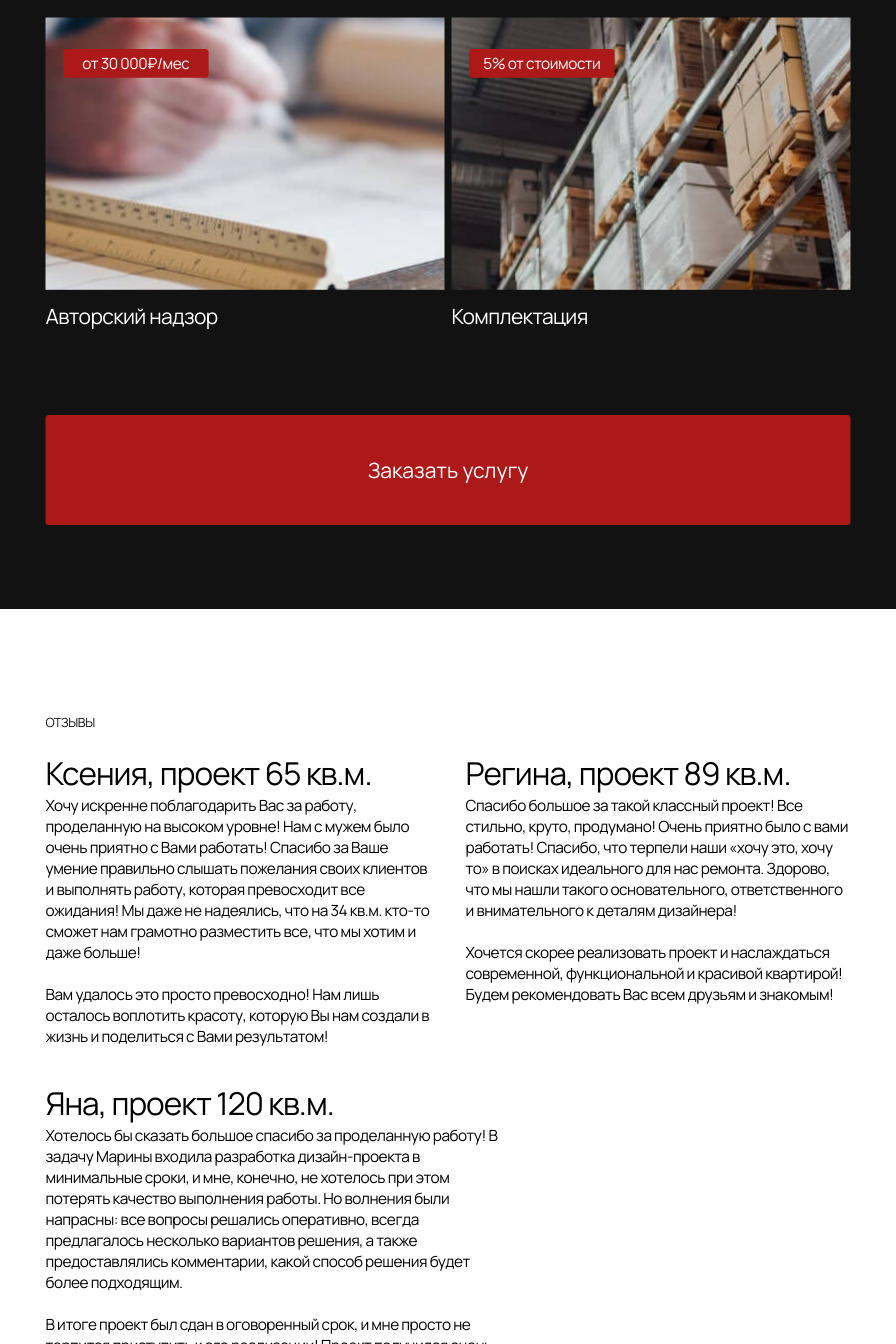
Repository: Huseynov98/metrica
Page: index.html
An editor plug-in stored every save of this project. The page is shown before and after the next save, followed by the edit.
The browser window is 1280 px wide. The pictures show the part of the page from y = 4580 to 6500 px (the page is 8131 px tall before and 8281 px after), at 70% of full size.

Above is the page before, as saved 2023-06-07 15:10:38.

### index.html
<!DOCTYPE html>
<html lang="en">

<head>
    <meta charset="UTF-8" />
    <meta http-equiv="X-UA-Compatible" content="IE=edge" />
    <meta name="viewport" content="width=device-width, initial-scale=1.0" />
    <link rel="stylesheet" href="./CSS/reset.css" />
    <link rel="shortcut icon" href="./resources/metrika.png" type="image/x-icon" />
    <link rel="preconnect" href="https://fonts.googleapis.com" />
    <link rel="preconnect" href="https://fonts.gstatic.com" crossorigin />
    <link href="https://fonts.googleapis.com/css2?family=Manrope&display=swap" rel="stylesheet" />
    <link rel="stylesheet" href="./CSS/style.css" />
    <title>METRIKA</title>
</head>

<body>
    <header id="header" class="header">
        <div class="header__container">
            <a class="header__logo">
                <img src="./resources/Метрика (1).svg" alt="logo">
            </a>
            <div class="nav">
                <ul class="header__menu">
                    <li>
                        <a class="nav__link" href="#about">О НАС</a>
                    </li>
                    <li>
                        <a class="nav__link" href="#project">ПРОЕКТЫ </a>
                    </li>
                    <li>
                        <a class="nav__link" href="#service">УСЛУГИ</a>
                    </li>
                    <li>
                        <a class="nav__link" href="#contacts">КОНТАКТЫ</a>
                    </li>
                </ul>
            </div>
            <div class="js__burger__btn burger__btn">
                <a>
                    <img src="./resources/burger menu.png" alt="">
                </a>
            </div>
    </header>

    <div class="js__burger burger">
        <div class=" burger__container">
            <a class="burger__close">
                <img src="./resources/burger__close.png" alt="">
            </a>
            <img class="burger__logo" src="./resources/Метрика (1).svg" alt="logo">
            <ul class="nav__link">
                <li>
                    <a class="nav__link" href="#about">О НАС</a>
                </li>
                <li>
                    <a class="nav__link" href="#project">ПРОЕКТЫ </a>
                </li>
                <li>
                    <a class="nav__link" href="#service">УСЛУГИ</a>
                </li>
                <li>
                    <a class="nav__link" href="#contacts">КОНТАКТЫ</a>
                </li>
            </ul>
            <div class="burger__contact js__burger__content">
                <p class="burger__contact__subtitle">
                    для связи:
                </p>
                <a class="burger__phone" href="tel:+79358954535">+7 935 895-45-35</a>
                <a a class="burger__mail" href="mailto:hello@mail.com">hello@mail.com</a>
            </div>
        </div>
    </div>



    <main class="main">
        <section class="first_section">
            <div class="container">
                <div class="title__text">
                    <h1>Современные и стильные интерьеры для комфортной жизни</h1>
                </div>

                <div class="intro">
                    <p class="intro__text">
                        Мы - команда квалифицированных дизайнеров и архитекторов, занимающихся разработкой и реализацией дизайн-проектов
                    </p>
                </div>

                <div id="about">
                    <h2>О НАС</h2>
                </div>

                <p class="description">
                    Студия основана в 2011 году. Полностью отдаемся проектированию и реализации интерьеров. К нам обращаются за уютом, индивидуальными решениями и практичностью. Находим конструктивные решения для каждого интерьера, вплоть до каждой детали — нацелены на результат.
                </p>

                <a class="btn" href="#service"> Посмотреть услуги </a>
            </div>
        </section>

        <section id="project" class="project_section">
            <div class="container">
                <h2>ПРОЕКТЫ</h2>

                <div class="projects">
                    <div class="project">
                        <img class="project__image" src="./resources/brownsofa.jpg" alt="project image" />

                        <h3>ЖК ПРАВОБЕРЕЖНЫЙ — 112 м² — 2023</h3>

                        <a style="margin-bottom: 15px" class="project__link" href="">
                Подробнее →
              </a>
                    </div>

                    <div class="project">
                        <img class="project__image" src="./resources/norwegian park.png" alt="project image" />

                        <h3>ЖК НОРВЕЖСКИЙ ПАРК — 75 М² — 2023</h3>

                        <a class="project__link" href=""> Подробнее → </a>
                    </div>

                    <div class="project">
                        <img class="project__image" src="./resources/SOSNOVSKIE LAKES.jpg" alt="project image" />

                        <h3>ЖК СОСНОВСКИЕ ОЗЕРА — 94 М² — 2022</h3>

                        <a class="project__link" href=""> Подробнее → </a>
                    </div>
                    <a class="see_projeck" href=""> Смотреть все проекты </a>

                </div>
            </div>
        </section>

        <section id="service" class="service_section">
            <div class="container">
                <div class="service_title">
                    <h2>УСЛУГИ</h2>
                </div>
                <ul class="services">
                    <li class="service">
                        <picture>
                            <source media="(max-width: 1199px)" srcset="./resources/pencil-tablet.png">
                            <source media="(max-width: 767px)" srcset="./resources/pencil-mobile.png">
                            <img class="service__image" src="./resources/pencil.jpg" alt="This picture shows a pencil and a sheet of blueprint." />
                        </picture>
                        <div class="service__price">от 2500₽/м²</div>
                        <h3>Планировочное решение</h3>
                    </li>

                    <li class="service">
                        <picture>
                            <source media="(max-width: 1199px)" srcset="./resources/color-tablet.png">
                            <source media="(max-width: 767px)" srcset="./resources/color-mobile.png">
                            <img class="service__image" src="./resources/color-tablet.png" alt="This picture shows a palette of colors for design projects." />
                        </picture>
                        <div class="service__price">от 3000₽/м²</div>

                        <h3>Дизайн-проект</h3>
                    </li>

                    <li class="service">
                        <picture>
                            <source media="(max-width: 1199px)" srcset="./resources/pen and book-tablet.png">
                            <source media="(max-width: 767px)" srcset="./resources/pen and book-mobile.png">
                            <img class="service__image" src="./resources/pen and book.jpg" alt="This picture shows how drawings are drawn for a project plan." />
                        </picture>
                        <div style="width: 208px" class="service__price">
                            от 30 000₽/мес
                        </div>
                        <h3>Авторский надзор</h3>
                    </li>

                    <li class="service">
                        <picture>
                            <source media="(max-width: 1199px)" srcset="./resources/stock-tablet.png">
                            <source media="(max-width: 767px)" srcset="./resources/stock-tablet.png">
                            <img class="service__image" src="./resources/stock image.jpg" alt="This picture shows a warehouse with goods." />
                        </picture>
                        <div style="width: 208px" class="service__price">
                            5% от стоимости
                        </div>
                        <h3>Комплектация</h3>
                    </li>
                </ul>

                <!-- <label class="service__btn" for="modal"> Заказать услугу </label> -->
                <button class="service__btn js__btn"> Заказать услугу </button>
            </div>
        </section>

        <div class="popup__wrapper js__popup">
            <div class="popup__container js-popup__content">
                <form class="popup">
                    <button type="button" class="popup__close js-popup__close-btn">X</button>
                    <p class="popup__title">
                        Заказать услугу
                    </p>
                    <p class="popup__subtitle">
                        Заполните форму, мы свяжемся с вами в течение суток
                    </p>
                    <input name="name" type="text" placeholder="Имя">
                    <input name="email" type="email" placeholder="Электронная почта">
                    <input name="phone" type="tel" placeholder="Номер телефона">
                    <button type="submit" class="popup__btn js-popup__close-btn">
                  Отправить
                </button>
                </form>
            </div>
        </div>
        <section class="review__section">
            <div class="container">
                <div class="review">
                    <h2>ОТЗЫВЫ</h2>

                    <div class="review__block">
                        <div class="review__title">
                            Ксения, проект 65 кв.м.

                            <div class="review__text">
                                Хочу искренне поблагодарить Вас за работу, проделанную на высоком уровне! Нам с мужем было очень приятно с Вами работать! Спасибо за Ваше умение правильно слышать пожелания своих клиентов и выполнять работу, которая превосходит все ожидания! Мы даже не
                                надеялись, что на 34 кв.м. кто-то сможет нам грамотно разместить все, что мы хотим и даже больше!
                                <br />
                                <br /> Вам удалось это просто превосходно! Нам лишь осталось воплотить красоту, которую Вы нам создали в жизнь и поделиться с Вами результатом!
                            </div>
                        </div>
                        <div class="review__title">
                            Регина, проект 89 кв.м.

                            <div class="review__text">
                                Спасибо большое за такой классный проект! Все стильно, круто, продумано! Очень приятно было с вами работать! Спасибо, что терпели наши «хочу это, хочу то» в поисках идеального для нас ремонта. Здорово, что мы нашли такого основательного, ответственного
                                и внимательного к деталям дизайнера!

                                <br />
                                <br /> Хочется скорее реализовать проект и наслаждаться современной, функциональной и красивой квартирой! Будем рекомендовать Вас всем друзьям и знакомым!
                            </div>
                        </div>
                        <div class="review__big">
                            <div class="review__big__title">
                                Яна, проект 120 кв.м.

                                <div class="review__big__text">
                                    Хотелось бы сказать большое спасибо за проделанную работу! В задачу Марины входила разработка дизайн-проекта в минимальные сроки, и мне, конечно, не хотелось при этом потерять качество выполнения работы. Но волнения были напрасны: все вопросы решались
                                    оперативно, всегда предлагалось несколько вариантов решения, а также предоставлялись комментарии, какой способ решения будет более подходящим.
                                    <br />
                                    <br /> В итоге проект был сдан в оговоренный срок, и мне просто не терпится приступить к его реализации! Проект получился очень стильным и современным! Буду рекомендовать Вас тем, кому еще предстоит это непростое дело
                                    - ремонт!
                                </div>
                            </div>
                        </div>
                    </div>
                </div>
            </div>
        </section>

        <section class="gallery__section">
            <div class="gallery">

                <div class="gallery__container">
                    <p class="gallery__title">ГАЛЕРЕЯ ПРОЕКТОВ</p>
                    <div class="gallery__controls">
                        <button class="gallery__control-prev" type="button"></button>
                        <button class="gallery__control-next" type="button"></button>
                    </div>
                </div>
                <div class="gallery__slides">
                    <div class="gallery__slide gallery__slide_active">
                        <img class="gallery__image" src="./resources/slide_image-bed.png" alt="">
                        <img src="" alt="">
                        <div class="gallery__description">
                            <p class="gallery__description__text">
                                Проект Двухкомнтаной квартиры в ЖК Лесной Пейзаж
                            </p>
                        </div>
                    </div>
                    <div class="gallery__slide">
                        <img class="gallery__image" src="./resources/slide_image-yellow sofa.png" alt="">
                        <div class="gallery__description">
                            <p class="gallery__text">Проект гостиной в ЖК Маяк</p>
                        </div>
                    </div>
                    <div class="gallery__slide">
                        <img class="gallery__image" src="./resources/slide_image-interior.png" alt="">
                        <div class="gallery__description">
                            <p class="gallery__text">
                                Визуализация кухни-гостиной в частном доме
                            </p>
                        </div>
                    </div>
                    <div class="gallery__slide">
                        <img class="gallery__image" src="./resources/slide_image-kitchen.png" alt="">
                        <div class="gallery__description">
                            <p class="gallery__text">
                                Проект кухни в скандинавском стиле для ЖК Северный Ветер
                            </p>
                        </div>
                    </div>
                </div>

            </div>

        </section>

        <section id="contacts" class="contacts__section">
            <div class="container">
                <div class="contact">КОНТАКТЫ</div>

                <div class="contact__block">
                    <a class="contacts__phone" href="tel:+79358954535">+7 935 895-45-35</a>
                    <a class="contacts__mail" href="https://t.me/Noel_Noa">Telegram</a>
                </div>
        </section>
    </main>

    <footer class="footer">
        <ul class="footer__nav">
            <li>
                <a class="footer__nav__link" href="#about">О НАС</a>
            </li>
            <li>
                <a class="footer__nav__link" href="#project">ПРОЕКТЫ </a>
            </li>
            <li>
                <a class="footer__nav__link" href="#service">УСЛУГИ</a>
            </li>
            <li>
                <a class="footer__nav__link" href="#contacts">КОНТАКТЫ</a>
            </li>
        </ul>


        <p>
            студия дизайна интерьера Метрика — 2023
        </p>





    </footer>
    <!-- <script src="./JS/burger_menu.js"></script> -->
    <script src="./JS/burger.js"></script>
    <script src="./JS/gallery.js"></script>
    <script src="./JS/popup.js"></script>
</body>

</html>

### CSS/reset.css
/* http://meyerweb.com/eric/tools/css/reset/
   v2.0 | 20110126
   License: none (public domain)
*/

html, body, div, span, applet, object, iframe,
h1, h2, h3, h4, h5, h6, p, blockquote, pre,
a, abbr, acronym, address, big, cite, code,
del, dfn, em, img, ins, kbd, q, s, samp,
small, strike, strong, sub, sup, tt, var,
b, u, i, center,
dl, dt, dd, ol, ul, li,
fieldset, form, label, legend,
table, caption, tbody, tfoot, thead, tr, th, td,
article, aside, canvas, details, embed,
figure, figcaption, footer, header, hgroup,
menu, nav, output, ruby, section, summary,
time, mark, audio, video {
    box-sizing: border-box;
    margin: 0;
    padding: 0;
    border: 0;
    font-size: 100%;
    font: inherit;
    vertical-align: baseline;
}

/* HTML5 display-role reset for older browsers */
article, aside, details, figcaption, figure,
footer, header, hgroup, menu, nav, section {
    display: block;
}

body {
    line-height: 1;
}

ol, ul {
    list-style: none;
}

blockquote, q {
    quotes: none;
}

blockquote:before, blockquote:after,
q:before, q:after {
    content: '';
    content: none;
}

table {
    border-collapse: collapse;
    border-spacing: 0;
}

### CSS/style.css
@import'../CSS/footer.css';
@import'../CSS/header.css';
@import'../CSS/project.css';
@import'../CSS/contact.css';
@import'../CSS/gallery.css';
@import'../CSS/service.css';
@import'../CSS/intro.css';
@import'../CSS/review.css';
@import'../CSS/popup.css';
body {
    margin: 0 auto;
    font-family: 'Manrope', sans-serif;
    font-style: normal;
    font-weight: 400;
    letter-spacing: -0.03em;
    background: #fff;
    /* height: 7211px; */
    overflow-x: hidden !important;
    width: 100%;
}

h1,
h2,
h3,
a,
p,
div {
    letter-spacing: -0.03em;
}

h1 {
    line-height: 60px;
    font-size: 60px;
    text-align: left;
}

h2 {
    line-height: 25px;
    font-size: 18px;
    text-transform: uppercase;
    text-align: left;
    padding-bottom: 30px;
}

h3 {
    margin-top: 15px;
    font-size: 30px;
    line-height: 41px;
    text-transform: uppercase;
    margin-bottom: 15px;
}

h1,
h2,
h3 {
    color: #121212;
}

a:focus {
    outline: 0;
}

.container {
    margin: 0 auto;
    width: 1150px;
}

::-webkit-scrollbar {
    width: 0;
}

@media (max-width: 1199px) {
    .container {
        width: 100%;
        padding-left: 17px;
        padding-right: 15px;
    }
    * {
        -webkit-tap-highlight-color: transparent;
    }
}

@media (max-width: 767px) {
    .container {
        width: 100%;
        padding-left: 13px;
        padding-right: 12px;
    }
    * {
        -webkit-tap-highlight-color: transparent;
    }
}

section {
    margin: 0 auto;
    padding-bottom: 150px;
}

@media (max-width: 1199px) {
    section {
        padding-bottom: 120px;
    }
}

@media (max-width: 767px) {
    section {
        padding-bottom: 80px;
    }
}

### CSS/footer.css
footer {
    margin: 0 auto;
    width: 100%;
    padding: 60px 0 30px 0;
    width: 100%;
    background-color: #121212;
    text-align: center;

}

.footer p {
    opacity: 0.5;
    color: #fff;
    font-size: 20px;
    line-height: 27px;
    font-weight: 400;

}


.footer__nav {
    justify-content: center;
    display: flex;
    align-items: center;
    margin: 0 auto;
    gap: 55px;
    color: #fff;
    padding-bottom: 87px;

}

.footer__nav__link {
    font-weight: 400;
    font-size: 18px;
    line-height: 25px;
    text-align: left;
    text-decoration: none;
    color: #fff;
}

.footer__nav__link:hover {
    opacity: 0.5;
    /* text-decoration: underline; */
    border-bottom: 1px solid rgb(0, 0, 0, 0.5);
}

@media (max-width: 1199px) {
    footer {
        width: 100%;
    }

    .footer p {
        width: 100%;
    }

    .footer__nav {
        width: 100%;
    }

    .footer__nav__link {
        width: 100%;
    }
}

@media (max-width: 767px) {
    footer {
        width: 100%;
        padding-top: 30px;
        padding-bottom: 26px;
    }

    .footer p {
        width: 100%;
        font-size: 13px;
        line-height: 18px;
    }

    .footer__nav {
        width: 100%;
        padding-bottom: 41px;
        gap: 30px;
    }

    .footer__nav__link {
        width: 100%;
        font-size: 12px;
        line-height: 16px;
    }

}

### CSS/contact.css
.contacts__section {
    width: 100%;
    /* padding-top: 150px; */
    /* padding-bottom: 150px; */
}

.contact {
    width: 100%;
    padding-bottom: 32px;
    font-weight: 400;
    font-size: 18px;
    line-height: 25px;
    padding-bottom: 25px;
}

.contact__block {
    width: 75%;
    display: flex;
    flex-direction: row;
    /* column-gap: 108px; */
    justify-content: space-between;
}

.contacts__phone {
    color: #121212;
    height: 60px;
    font-size: 60px;
    line-height: 60px;
    text-decoration: none;
    background: url("../resources/icon_phone.png") no-repeat;
    padding-top: 30px;
}

.contacts__mail {
    color: #121212;
    font-size: 60px;
    height: 105px;
    line-height: 60px;
    text-decoration: none;
    border-bottom: 2px solid rgb(0, 0, 0, 0.5);
    padding-top: 30px;
    background: url("../resources/icon-telegram.png") no-repeat;
}

.contacts__mail:hover {
    color: #121212;
    text-decoration: none;
    border-bottom: 2px solid rgb(0, 0, 0, 0.5);
    cursor: pointer;
    opacity: 0.5;
}

@media (max-width: 1199px) {
    .contacts__section {
        /* padding-top: 120px; */
        padding-bottom: 80px;
    }
    .contact {
        font-size: 18px;
        line-height: 25px;
    }
    .contact__block {
        width: 100%;
        /* column-gap: 100px; */
    }
    .contacts__phone {
        width: 100%;
        font-size: 45px;
    }
    .contacts__mail {
        width: 100%;
        font-size: 45px;
        border-bottom: none;
    }
    .contacts__mail:hover {
        border-bottom: 0;
    }
}

@media (max-width: 767px) {
    .contacts__section {
        /* padding: 80px 0px; */
    }
    .contact {
        width: 100%;
        font-size: 14px;
        line-height: 19px;
    }
    .contact__block {
        flex-direction: column;
        row-gap: 58px;
    }
    .contacts__phone {
        width: 100%;
        height: 100%;
        font-size: 35px;
        line-height: 46px;
    }
    .contacts__mail {
        width: 100%;
        font-size: 35px;
        line-height: 46px;
        border-bottom: none;
    }
    .contacts__mail:hover {
        border-bottom: 0;
    }
}

Loaded but not shown: JS/gallery.js (37 lines, source omitted); JS/burger.js (24 lines, source omitted); JS/popup.js (24 lines, source omitted); CSS/header.css (291 lines, source omitted); CSS/gallery.css (216 lines, source omitted); CSS/service.css (170 lines, source omitted); CSS/intro.css (147 lines, source omitted); CSS/popup.css (142 lines, source omitted); CSS/project.css (136 lines, source omitted); CSS/review.css (138 lines, source omitted)

After the next save:
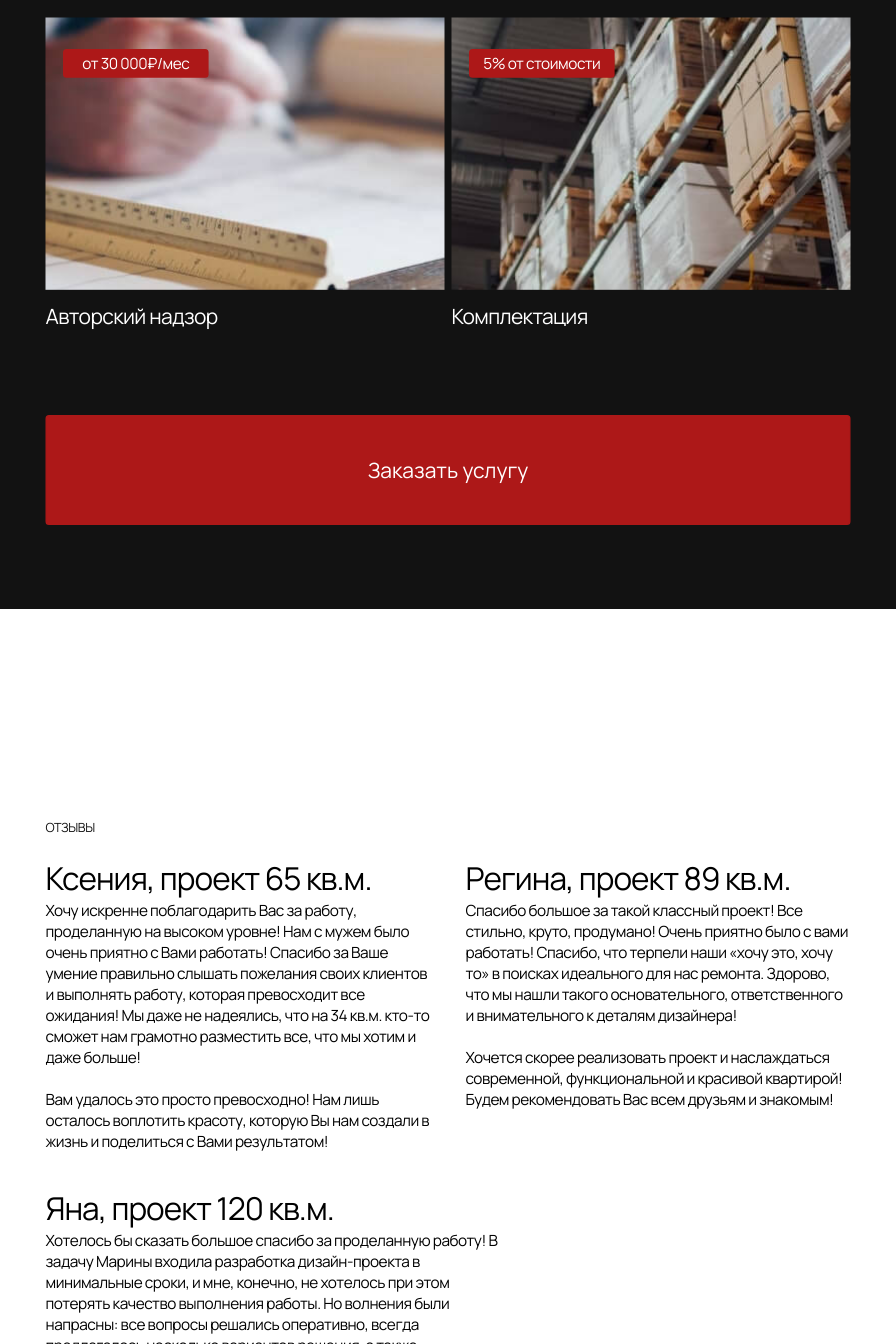
Saved 7 min 55 s later.
--- a/index.html
+++ b/index.html
@@ -212,6 +212,10 @@
                 </form>
             </div>
         </div>
+
+        <section class="calculate">
+
+        </section>
         <section class="review__section">
             <div class="container">
                 <div class="review">
